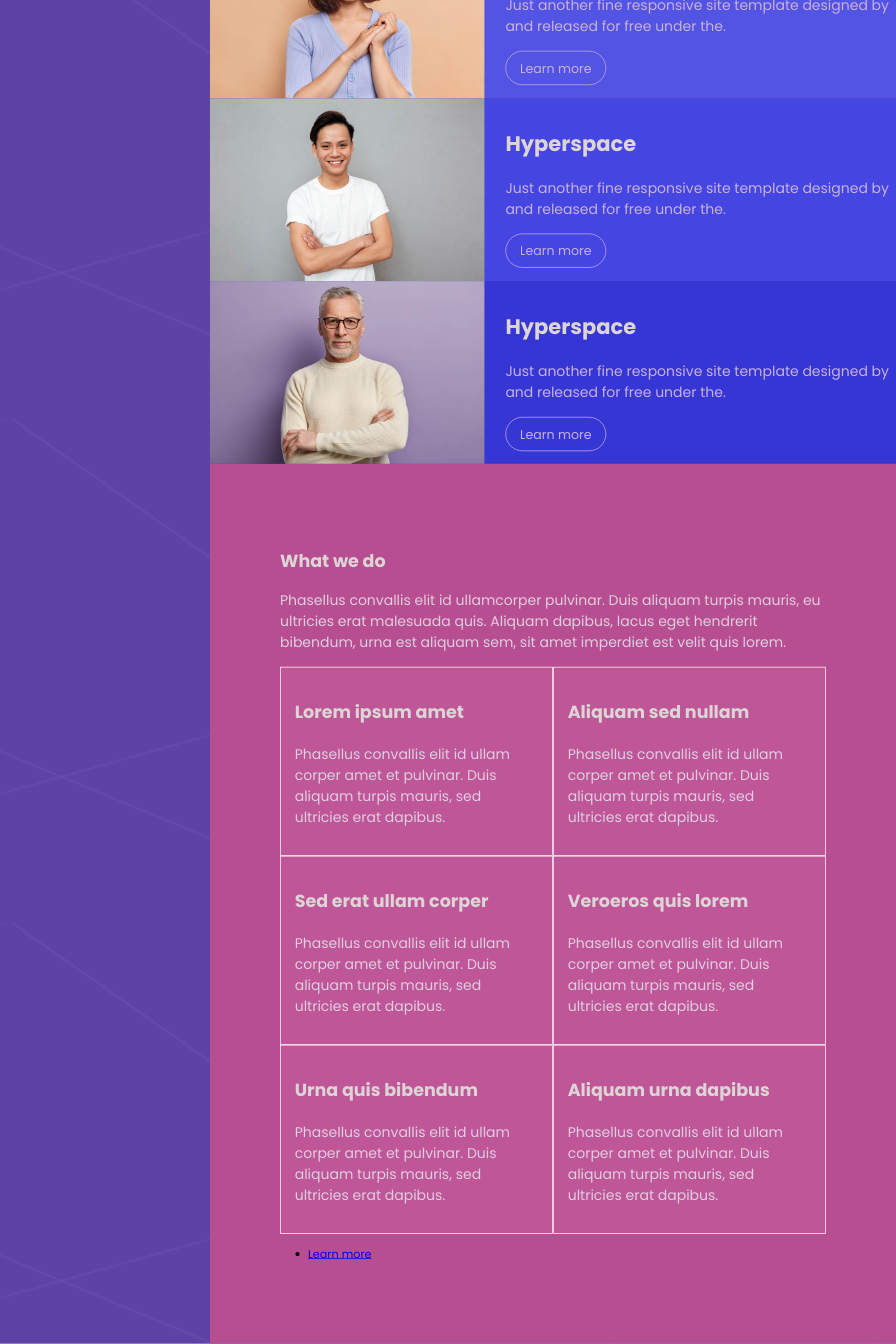
Repository: zai31/KIMIT_Tasks
Page: JsSession8/index.html
These files come from the project's save history. The page is drawn as it stood at one moment and after a run of saves; the edit follows.
The browser window is 1280 px wide. The pictures show the part of the page from y = 841 to 2761 px (the page is 2761 px tall), at 70% of full size.
Backgrounds fixed to the window are drawn as part of the page.

Above is the page before, as saved 2025-09-15 20:50:15.

After the next 10 saves:
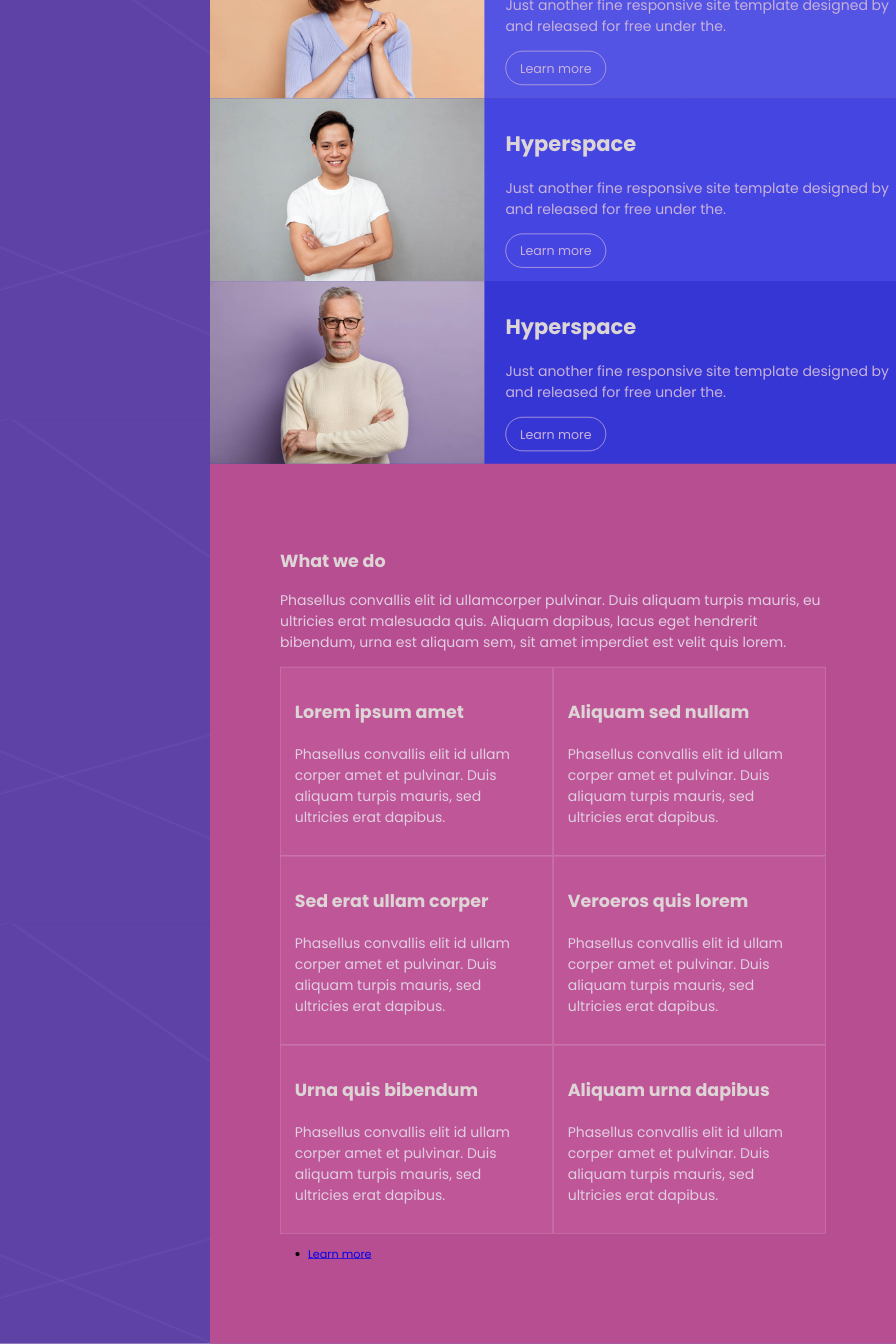
The 10 saves are shown as one change because they came seconds apart.
The last was saved 32 s later.
--- a/JsSession8/CSS/style.css
+++ b/JsSession8/CSS/style.css
@@ -228,7 +228,7 @@ body {
 }
 .flex-section .section .content .what .features section {
  flex: 1 1 45%;     /* grow/shrink, ~half width with gap */
- border: 0.5px solid white;
+ border: 0.5px solid rgba(255, 255, 255, 0.193);
  box-sizing: border-box;
  padding: 20px;
 
